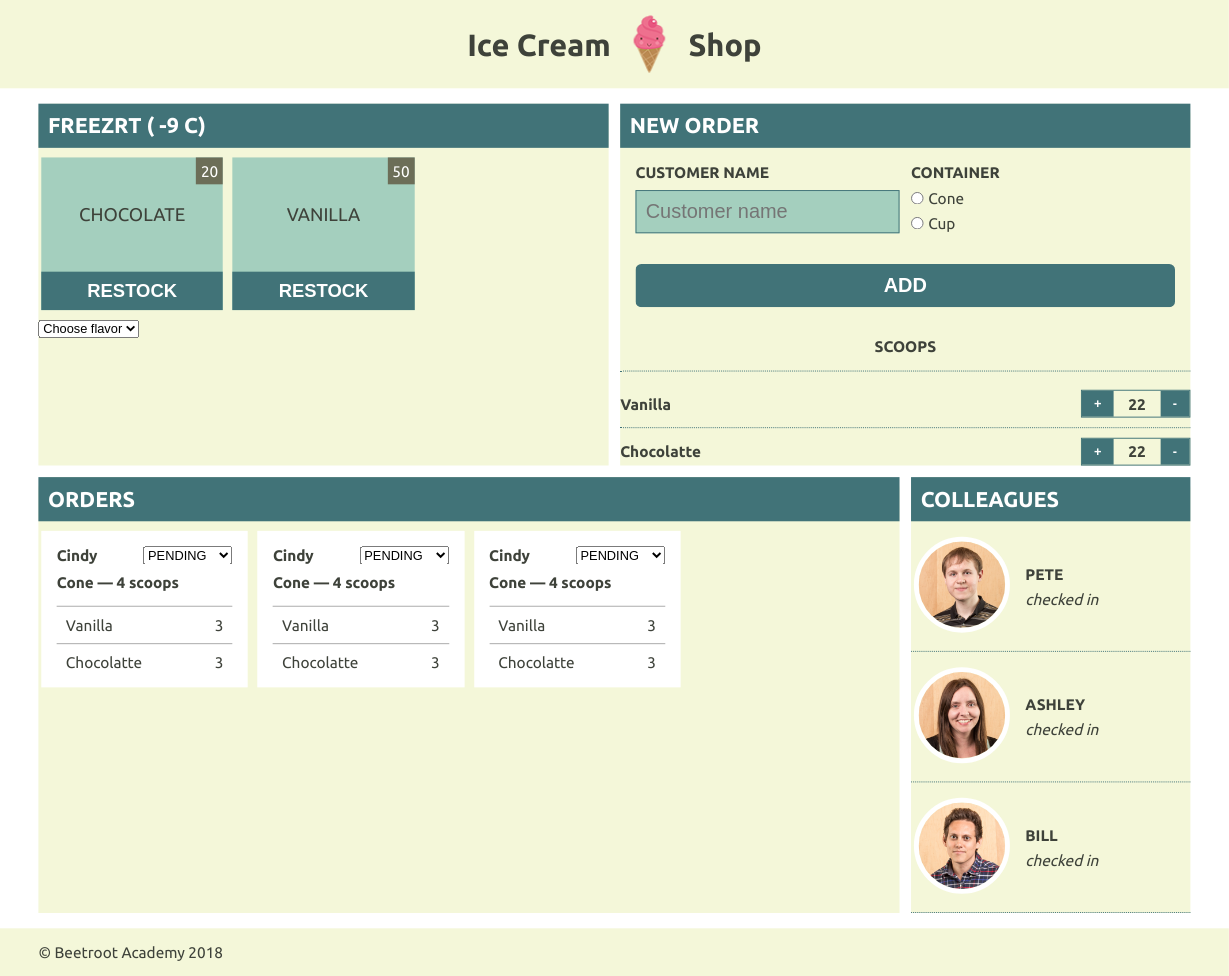
Repository: AlSemyon/Ice_Cream_Shop
Page: /
The author's editor kept a copy of each file at every save. The page is drawn from the files as they stood at one save, then again after the next save.
The browser window is 1280 px wide. The pictures show the whole page, at 96% of full size.
The project was rebuilt for these pictures with package versions that can differ from the ones it lists, and the page was loaded fresh each time.

Above is the page before, as saved 2019-01-06 11:23:13.

After the next save:
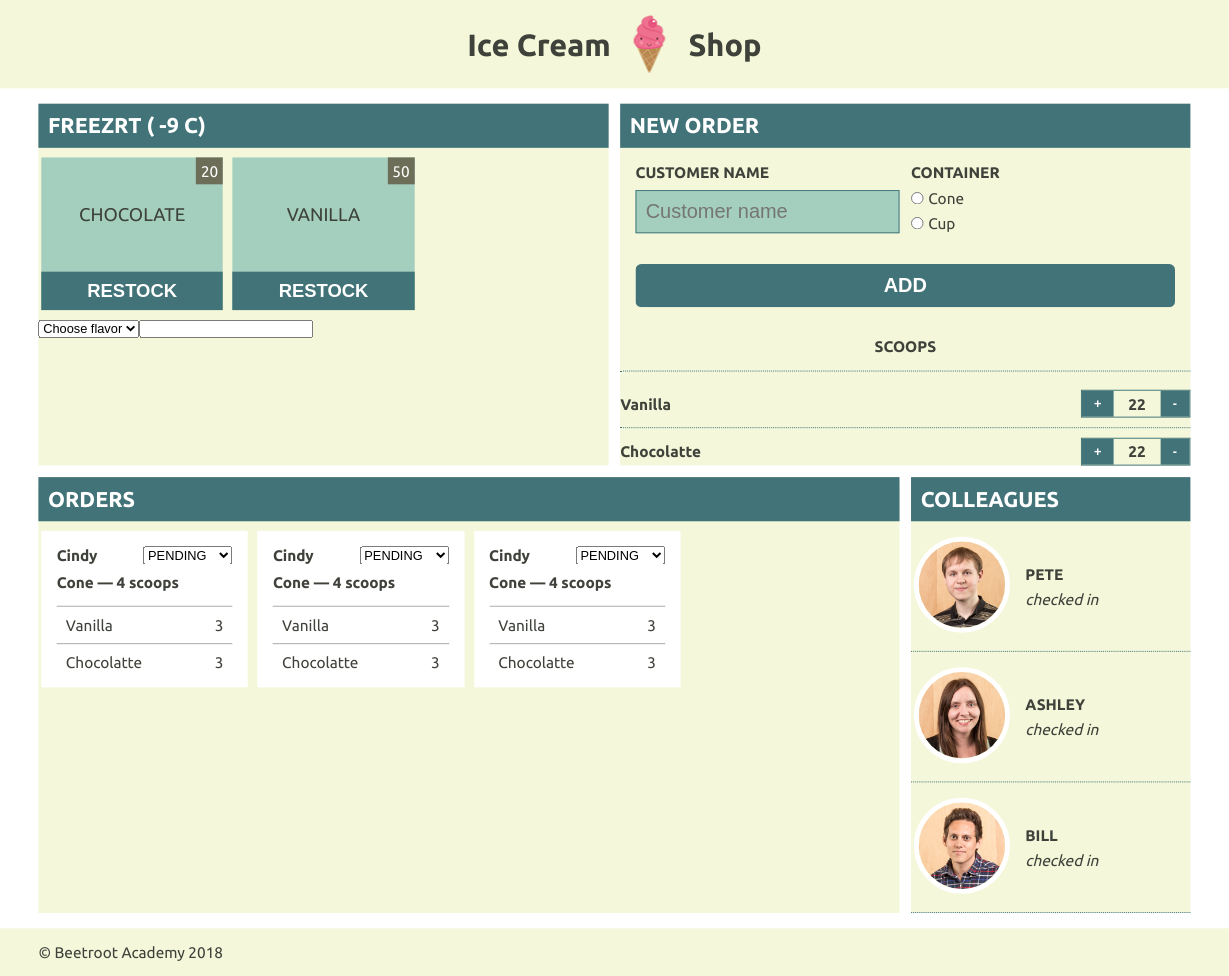
Saved 54 s later.
--- a/src/components/freezer/AddProductToFreezer.js
+++ b/src/components/freezer/AddProductToFreezer.js
@@ -18,6 +18,12 @@ class AddProductToFreezer extends Component {
                     >
                         <option value="">Choose flavor</option>
                     </select>
+
+                    <input type="numer"
+                           min={1}
+                           className=""
+                           name=""
+                    />
                 </div>
             </form>
         )
